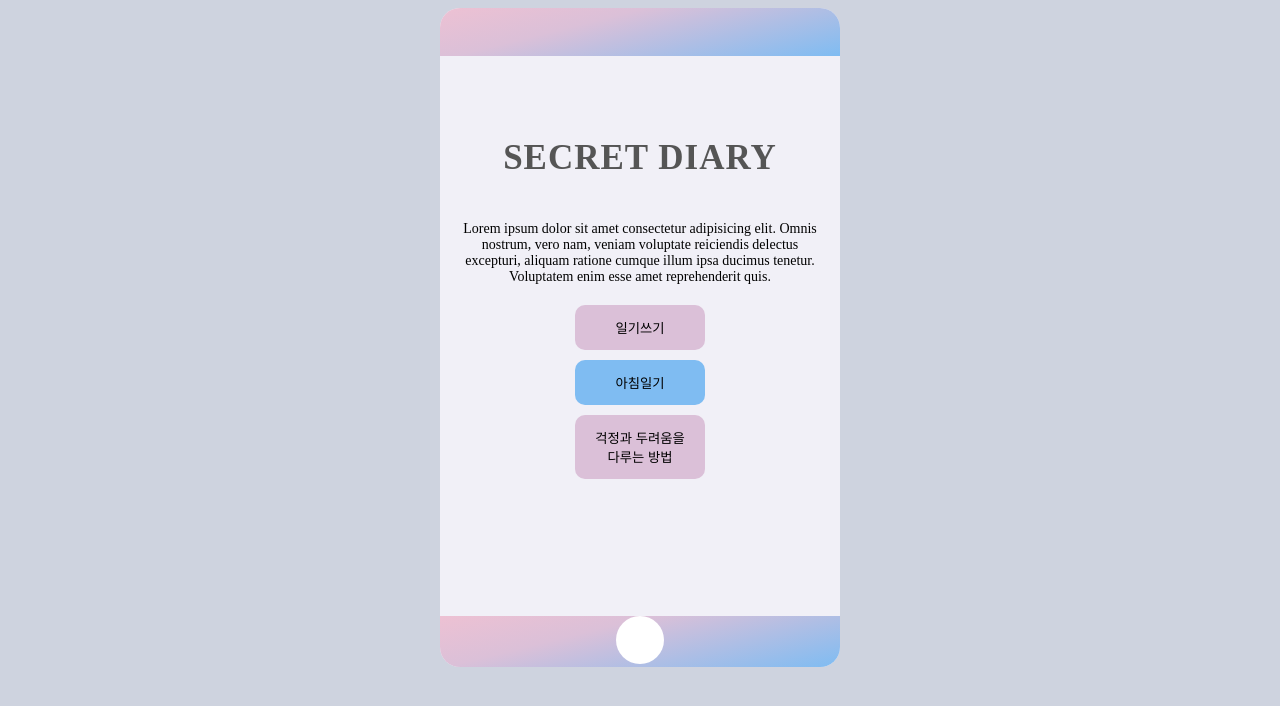
Repository: jinhee196/diary
Page: index.html
These files come from the project's save history. The page is drawn as it stood at one moment and after the next save; the edit follows.
The browser window is 1280 px wide. The pictures show the whole page.

Above is the page before, as saved 2021-06-04 13:54:45.

After the next save:
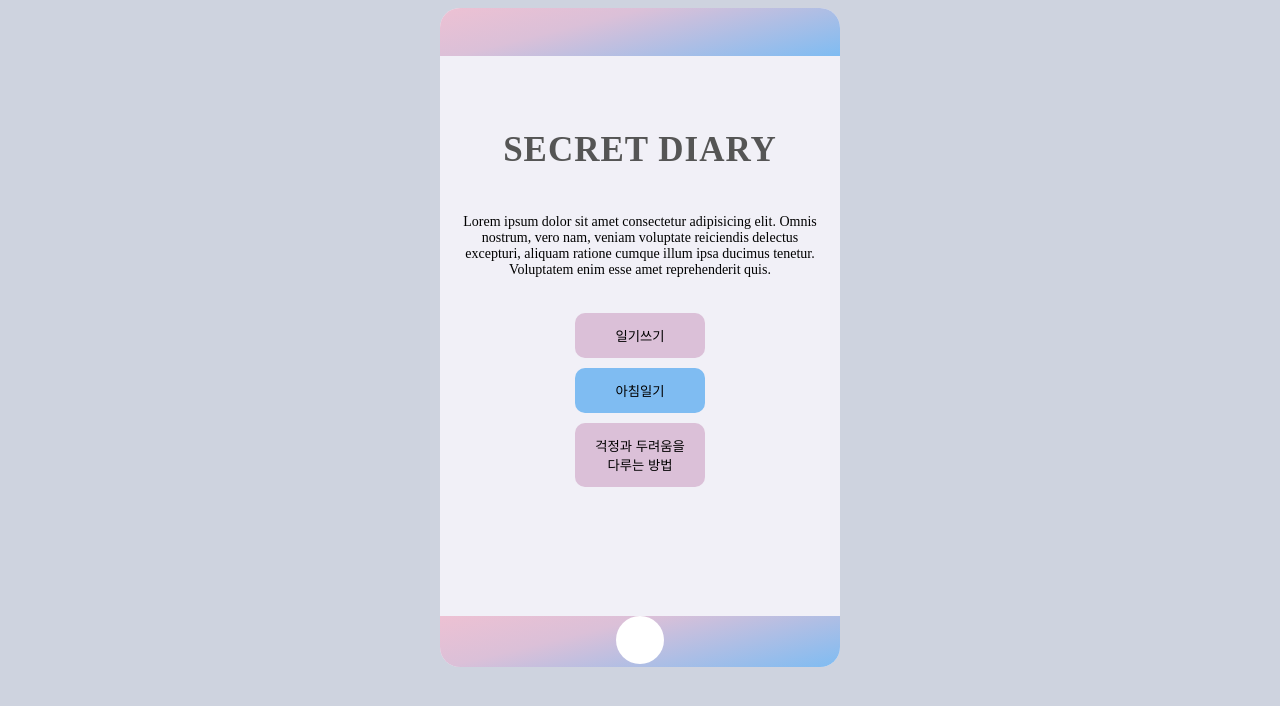
Saved 6 s later.
--- a/style.css
+++ b/style.css
@@ -57,7 +57,7 @@ section {
 .main__desc {
   padding: 0 20px;
   font-size: 14px;
-  margin-bottom: 15px;
+  margin-bottom: 30px;
 }
 #main button {
   width: 130px;
